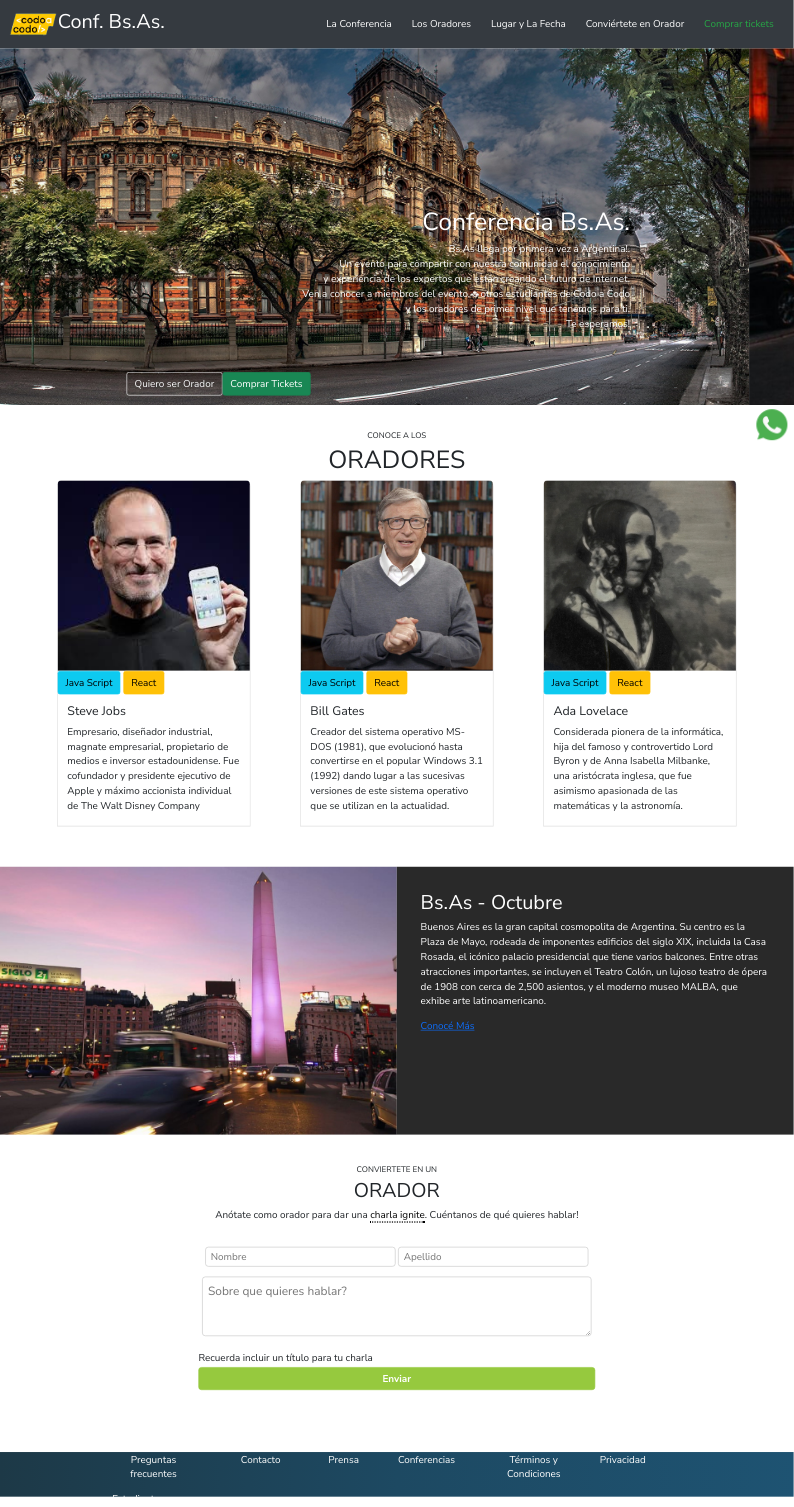
Repository: Melire/trabajo-final-BS
Page: index.html
An editor plug-in stored every save of this project. The page is shown before and after the next save, followed by the edit.
The browser window is 1280 px wide. The pictures show the whole page, at 62% of full size.

Above is the page before, as saved 2023-05-10 16:40:26.

### index.html
<!DOCTYPE html>
<html lang="es">

<head>
    <meta charset="UTF-8">
    <meta http-equiv="X-UA-Compatible" content="IE=edge">
    <meta name="viewport" content="width=device-width, initial-scale=1.0">
    <title>Proyecto Melisa Renovales Wolcan</title>
    <link rel="shortcut icon" href="favicon.ico" type="image/x-icon">
    <link href="https://cdn.jsdelivr.net/npm/bootstrap@5.0.2/dist/css/bootstrap.min.css" rel="stylesheet"
        integrity="sha384-EVSTQN3/azprG1Anm3QDgpJLIm9Nao0Yz1ztcQTwFspd3yD65VohhpuuCOmLASjC" crossorigin="anonymous">
    <link rel="stylesheet" href="./css/estilos3.css">

</head>

<body>
    <header class="header">
        <div class="headerNav">
            <div class="contenedorLogo">
                <a href="https://www.buenosaires.gob.ar/educacion/codo-codo" target="_blank">
                    <img src="./assets/img/codoacodo.png" alt="Logo">
                </a>
                <h2>Conf. Bs.As.</h2>
            </div>
            <!--barra de navegacion BS-->
            <nav>
                <ul class="nav">
                    <li class="nav-item">
                        <a class="nav-link active" aria-current="page" href="#laConferencia">La Conferencia</a>
                    </li>
                    <li class="nav-item">
                        <a class="nav-link" href="#losOradores">Los Oradores</a>
                    </li>
                    <li class="nav-item">
                        <a class="nav-link" href="#lugarYfecha">Lugar y La Fecha</a>
                    </li>
                    <li class="nav-item">
                        <a class="nav-link" href="#convierteteEnOrador">Conviértete en Orador</a>
                    </li>
                    <a class="nav-link color" href="./pages/comprar_tickets.html">Comprar tickets</a>
                    </li>
                </ul>
            </nav>

        </div>
        <!--comportamientos carrousel BS-->
        <section id="laConferencia" class="contenedorCarousel">
            <div id="carouselExampleCaptions" class="carousel slide" data-bs-ride="carousel">
                <div class="carousel-indicators">
                    <div class="carouselNone">
                        <button type="button" data-bs-target="#carouselExampleCaptions" data-bs-slide-to="0"
                            class="active" aria-current="true" aria-label="Slide 1"></button>
                        <button type="button" data-bs-target="#carouselExampleCaptions" data-bs-slide-to="1"
                            aria-label="Slide 2"></button>
                        <button type="button" data-bs-target="#carouselExampleCaptions" data-bs-slide-to="2"
                            aria-label="Slide 3"></button>
                    </div>

                    <!--botones carrousel-->
                    <nav class="container">
                        <div class="botonesCabecera">
                            <a href="#convierteteEnOrador" button type="button" class="btn btn-outline-light">Quiero ser
                                Orador</a>
                            <a href="./pages/comprar_tickets.html" button type="button" class="btn btn-success">Comprar
                                Tickets</a>
                        </div>
                    </nav>
                </div>
                <!--textos y fotos carrousel BS-->
                <div class="carousel-inner">
                    <div class="carousel-item active">
                        <img src="./assets/img/ba1.jpg" class="d-block w-100" alt="Palacio del agua">
                        <div class="carousel-caption d-none d-md-block">
                            <h5 class="texto"> Conferencia Bs.As.</h5>
                            <p> Bs As llega por primera vez a Argentina!.<br /> Un evento para compartir con nuestra
                                comunidad el conocimiento<br /> y experiencia de los expertos que están creando el
                                futuro de Internet.<br />
                                Ven a conocer a miembros del evento, a otros estudiantes de Codo a Codo<br /> y los
                                oradores de primer nivel que tenemos para ti.<br />Te esperamos!</p>
                        </div>
                    </div>
                    <div class="carousel-item">
                        <img src="./assets/img/ba2.jpg" class="d-block w-100" alt="obelisco">
                        <div class="carousel-caption d-none d-md-block">
                            <h5 class="texto">Paseos en bus</h5>
                            <p>Tenemos la mejor selección de tours en español en Argentina<br />
                                ¡y al mejor precio! Descubre todo lo que puedes hacer en la Ciudad de Buenos
                                Aires!<br />
                                Veni a conocer un mágico Buenos Aires<br /> Te invitamos a conocer las costumbres y
                                gastronomía de la vida porteña de antaño</p>
                        </div>
                    </div>
                    <div class="carousel-item">
                        <img src="./assets/img/ba3.jpg" class="d-block w-100" alt="Diagonal sur">
                        <div class="carousel-caption d-none d-md-block">
                            <h5 class="texto">Visitas guiadas en edificios históricos</h5>
                            <p>En nuestras caminatas guiadas,<br /> recorremos los edificios mas hermosos de la
                                ciudad,<br /> llenos de histrorias y misterios.<br /> No te lo pierdas!</p>
                        </div>
                    </div>
                </div>
                <button class="carousel-control-prev" type="button" data-bs-target="#carouselExampleCaptions"
                    data-bs-slide="prev">
                    <span class="carousel-control-prev-icon" aria-hidden="true"></span>
                    <span class="visually-hidden">Previous</span>
                </button>
                <button class="carousel-control-next" type="button" data-bs-target="#carouselExampleCaptions"
                    data-bs-slide="next">
                    <span class="carousel-control-next-icon" aria-hidden="true"></span>
                    <span class="visually-hidden">Next</span>
                </button>
            </div>
        </section>
    </header>
    <!--Oradores BS-->
    <main>
        <section id="losOradores" class="sectionOradores">
            <h2 class="tituloRadores"><span class=tituloCh>CONOCE A LOS</span> <br> ORADORES</h2>
            <div class="padreCards">
                <div class="row row-cols-1 row-cols-md-3 g-4">
                    <div class="col">
                        <div class="card h-100">
                            <img src="./assets/img/steve.jpg" class="card-img-top" alt="Steve Jobs">
                            <div class="buttonsCard">
                                <button type="button" class="btn btn-info">Java Script</button>
                                <button type="button" class="btn btn-warning">React</button>
                            </div>

                            <div class="card-body">
                                <h5 class="card-title">Steve Jobs</h5>
                                <p class="card-text">Empresario, diseñador industrial, magnate empresarial, propietario
                                    de medios e inversor
                                    estadounidense. Fue cofundador y presidente ejecutivo de Apple​ y máximo accionista
                                    individual de The Walt Disney Company</p>
                            </div>
                        </div>
                    </div>
                    <div class="col">
                        <div class="card h-100">
                            <img src="./assets/img/bill.jpg" class="card-img-top" alt="Bill Gates">
                            <div class="buttonsCard">
                                <button type="button" class="btn btn-info">Java Script</button>
                                <button type="button" class="btn btn-warning">React</button>
                            </div>
                            <div class="card-body">
                                <h5 class="card-title">Bill Gates</h5>
                                <p class="card-text">Creador del sistema operativo MS-DOS (1981), que evolucionó hasta
                                    convertirse en el popular
                                    Windows 3.1 (1992) dando lugar a las sucesivas versiones de este sistema operativo
                                    que se
                                    utilizan en la actualidad.</p>
                            </div>
                        </div>
                    </div>
                    <div class="col">
                        <div class="card h-100">
                            <img src="./assets/img/ada.jpeg" class="card-img-top" alt="Ada Lovelace">
                            <div class="buttonsCard">
                                <button type="button" class="btn btn-info">Java Script</button>
                                <button type="button" class="btn btn-warning">React</button>
                            </div>
                            <div class="card-body">
                                <h5 class="card-title">Ada Lovelace</h5>
                                <p class="card-text">Considerada pionera de la informática, hija del famoso y
                                    controvertido Lord Byron y de Anna
                                    Isabella Milbanke, una aristócrata inglesa, que fue asimismo apasionada de las
                                    matemáticas y
                                    la astronomía.</p>
                            </div>
                        </div>
                    </div>
                </div>
            </div>
        </section>
        <section id="lugarYfecha" class="container-fluid">
            <div class="row">
                <div class="col-sm-12 col-md-6 colIzq">

                </div>
                <div class="col-sm-12 col-md-6 colDer">
                    <h2>Bs.As - Octubre</h2>
                    <p>Buenos Aires es la gran capital cosmopolita de Argentina. Su centro es la Plaza de Mayo, rodeada
                        de imponentes edificios del siglo XIX, incluida la Casa Rosada, el icónico palacio presidencial
                        que tiene varios balcones. Entre otras atracciones importantes, se incluyen el Teatro Colón, un
                        lujoso teatro de ópera de 1908 con cerca de 2,500 asientos, y el moderno museo MALBA, que exhibe
                        arte latinoamericano.</p>
                    <a class="boton1" href="">Conocé Más</a>
                </div>
        </section>
        <section id="convierteteEnOrador" class="formularioOrador">
            <h2><span class="tituloCh"> CONVIERTETE EN UN </span> <br> ORADOR</h2>
            <p>Anótate como orador para dar una <a href="" class="charla">charla ignite</a>.
                Cuéntanos de qué quieres hablar!</p>
            <br>
            <form action="" autocomplete="on">
                <div>
                    <input class="inputNA" type="text" placeholder="Nombre" required>
                    <input class="inputNA" type="text" placeholder="Apellido" required>
                </div>
                <div>
                    <textarea class="textArea" name="" id="" cols="44" rows="6" placeholder="Sobre que quieres hablar?"
                        required></textarea>
                </div>
                <p class="finalForm">Recuerda incluir un título para tu charla</p>
                <div>
                    <input type="submit" value="Enviar" class="formSubmit">
                </div>
            </form>
        </section>
    </main>
    <!--footer BS-->
    <footer class="footer container-fluid mt-5">
        <div class="contenedorFooter row text-center gap-3 w-75 h-100 mx-auto">
            <a class="col-sm-12 col-md-2" href="#Preguntas frecuentes">Preguntas frecuentes</a>
            <a class="col-sm-12 col-md-2" href="#contacto">Contacto</a>
            <a class="col-sm-12 col-md-1" href="#prensa">Prensa</a>
            <a class="col-sm-12 col-md-2" href="#conferencias">Conferencias</a>
            <a class="col-sm-12 col-md-2" href="#condiciones">Términos y Condiciones</a>
            <a class="col-sm-12 col-md-1" href="#privacidad">Privacidad</a>
            <a class="col-sm-12 col-md-1" href="#estudiantes">Estudiantes</a>
        </div>
        <a href=""><img class="wsp" src="./assets/img/whatsapp.png" alt="what"></a>
    </footer>
    <script src="https://cdn.jsdelivr.net/npm/bootstrap@5.0.2/dist/js/bootstrap.bundle.min.js"
        integrity="sha384-MrcW6ZMFYlzcLA8Nl+NtUVF0sA7MsXsP1UyJoMp4YLEuNSfAP+JcXn/tWtIaxVXM"
        crossorigin="anonymous"></script>
</body>

</html>

### css/estilos3.css
@import url('https://fonts.googleapis.com/css2?family=Nunito+Sans:wght@400;600;700&display=swap');

* {
    margin: 0;
    padding: 0;
    box-sizing: border-box;
}

body {
    font-family: 'Nunito Sans', sans-serif;
}

.header {
    margin-bottom: 1rem;
}

.headerNav {
    background-color: rgb(53, 58, 64);
    display: flex;
    flex-wrap: wrap;
    justify-content: space-between;
    padding: 1rem 1rem;
    align-items: center;
}
.contenedorLogo {
    width: 20%;
    display: flex;
    align-items: center;
    justify-content: space-between;
}

.contenedorLogo a {
    display: inline-block;
    width: 30%;
}

.contenedorLogo img {
    width: 100%;
    object-fit: cover;
}

.contenedorLogo h2 {
    color: white;
}

.nav-link {
    color: white;
}

.color {
    color: rgb(39, 167, 70);
}

.contenedorCarousel {
    width: 100%;
    height: 80vh;
}

.contenedorCarousel img {
    height: 80vh;
    object-fit: cover;
}

.contenedorCarousel p {
    text-align:right;
    text-shadow: #000000;
    margin-bottom: 5rem;
}

.texto {
    font-size: 2.5rem;
    text-align: right;
}
.botonesCabecera {
    display:flex;
    flex-direction:row;
  margin-left:48;
}

.carouselNone
{
    display: none;
  }
.sectionOradores h2 {
    text-align: center;
}

.tituloCh {
    font-size: small;
}

.tituloRadores {
    font-size: 2.5rem;
}
.padreCards {
    width: 90%;
    margin: 0 auto;
    justify-content: center;
    align-items: center;
    flex-wrap: wrap;
    height: 90vh;

}
.card{

    width: 85%;
    margin: 0 auto;
    height: 90vh;
    column-gap: 4%;
    border-radius: 2% 2% 0px 0px;
}
.card img {

    height: 55%;
    border-radius: 2% 2% 0px 0px;

}

.buttonsCard{
color: white;
}
.colIzq {
    background-image: url("../assets/img/obelisco.jpg");
    background-size: cover;
    background-position: center;
    background-repeat: no-repeat;
    height: 60vh;
}

.colDer {
    background-color: rgb(41, 41, 41);
    color: white;
    height: 60vh;
    padding: 3%;
}

.formularioOrador {
    width: 50%;
    height: 60vh;
    margin: 2rem auto;
    text-align: center;
}

.formularioTicket {
    display: flex;
    width: 80%;
    height: 80vh;
    margin: 2rem auto;
    text-align: center;
    align-items: center;
    flex-direction: column;
}

.radio {
    text-align: left;
    padding: 5rem auto;
    font-size: 1rem;

}

.charla {
    text-decoration: none;
    color: black;
    border-bottom: 2px dotted black;
}

.inputNA {
    width: 48%;

    height: 2rem;
    margin-bottom: 1rem;
    border-radius: 5px;
    border: 1px solid rgb(198, 198, 198);
    padding-left: 0.5rem;
}

.textArea {
    width: 98%;
    height: 6rem;
    margin-bottom: 1rem;
    border-radius: 5px;
    border: 1px solid rgb(198, 198, 198);
    font-size: 1.2rem;
    padding: 0.5rem;
}

.finalForm {
    display: flex;
    text-align: left;
    font-size: smaller5;
    margin-bottom: 0.2rem;
}

.formSubmit {
    width: 100%;
    height: 2.3rem;
    border-radius: 5px;
    border: 1px solid rgb(150, 201, 62);
    background-color: rgb(150, 201, 62);
    color: white;
    font-weight: bold;
    font-size: 1rem;
    cursor: pointer;
    margin-bottom: 1rem;
}

.formSubmitb {
    width: 50%;
    height: 2rem;
    border-radius: 5px;
    border: 1px solid rgb(88, 88, 88);
    background-color: rgb(88, 88, 88);
    color: white;
    font-weight: bold;
    font-size: 1rem;
    cursor: pointer;
    margin-bottom: 1rem;

}

.wsp {
    position: fixed;
    bottom: 10px;
    right: 10px;
    width: 50px;
}

.footer {
    background: linear-gradient(to right, #1d3947, #1d4962, #1e5372);
    height: 10vh;
}

.contenedorFooter {
    width: 70%;
    height: 100%;
    margin: 0 auto;
}

.contenedorFooter a {
    color: white;
    text-decoration: none;
    font-size: 1 rem;
}

/*vamos a cargar ahora el diseño para celular*/
/*0 - 567px  */
/*
@media screen and (max-width: 567px) {
    .headerNav {
        background-color: rgb(56, 56, 56);
        flex-direction: column;
        align-items: center;
        justify-content: center;
        height: initial;
        padding: 1rem;
    }

    .contenedorLogo {
        width: 70%;
    }

    .contenedorLogo img {
        width: 70%;
        object-fit: cover;
    }

    .listaNav {
        flex-direction: column;
        align-items: center;
        justify-content: center;
        width: 100%;
    }

    .laConferencia {
        height: 60%;
        background: url("../assets/img/madero.jpg");
        background-size: cover;
        background-position: center;
        background-repeat: no-repeat;
        padding-right: initial;
        align-items: center;
        justify-content: center;

    }

    .contenedorTextConf {
        background: linear-gradient(to bottom, #000000c2, #000000c2);
        width: 100%;
        text-align: center;
        font-size: small;
    }

    .escritorio {
        display: none;
    }

    .padreCards {
        width: 90%;
        height: initial;
    }

    .card {
        border: 1px solid rgb(207, 202, 202);
        width: 300px;
        height: 90%;
        border-radius: 2%;
        margin-bottom: 1rem;
    }

    .colIzq {
        height: 30vh;
    }

    .colDer {
        height: 50vh;
        font-size: small;
    }

    .formularioOrador {
        height: initial;
    }

    .formularioTicket {
        height: initial;
    }

    .footer {
        height: initial;
        padding: 30px;
    }

    .wsp {
        position: fixed;
        bottom: 20px;
        right: 10px;
        width: 30px;
    }
}
/*

@media screen and (min-width: 568px) and (max-width:767px) {
    .headerNav {
        flex-direction: column;
        align-items: center;
        justify-content: center;
        height: initial;
        padding: 1rem 1rem;

    }

    .contenedorLogo {
        width: 50%;
    }

    .navegacion {
        width: 100%;
    }

    .listaNav {
        width: 100%;
        justify-content: space-evenly;
    }

    .linkNav {
        font-size: 1rem;
    }

    .contenedorTextConf {
        width: 90%;
    }

    .tituloRadores {
        margin-top: 4rem;
    }

    .padreCards {
        width: 90%;
        height: initial;
    }

    .card {
        border: 1px solid rgb(207, 202, 202);
        width: 300px;
        height: 90%;
        border-radius: 2%;
        margin-bottom: 1rem;
    }

    .lugarFecha {
        display: flex;
        align-items: center;
        height: 70vh;
        color: rgb(253, 253, 253);
        font-size: small;
        background: linear-gradient(to bottom, #00000026, #000000c2, #00000026), url("../assets/img/obelisco.jpg");
        background-size: cover;
        background-position: center;
        background-repeat: no-repeat;
    }

    .left {
        display: none;
    }

    .right {
        width: 100%;
        border-left: 1px solid white;
        padding: 2%;
    }

    .right h2 {
        margin-bottom: 1rem;
    }

    .right p {
        margin-bottom: 1rem;
        line-height: 1.7;
    }

    .formularioOrador {
        height: initial;
    }

    .formularioTicket {
        height: initial;
    }

    .wsp {
        position: fixed;
        bottom: 20px;
        right: 10px;
        width: 30px;
    }

    .contenedorFooter {
        width: 70%;
        height: 100%;
        margin: 0 auto;
        display: flex;
        justify-content: space-evenly;
        align-items: flex-start;
    }

    .contenedorFooter a {
        color: white;
        text-decoration: none;
        font-size: small;
        padding: 0.3rem;
        align-items: flex-start;
    }
}






@media screen and (min-width: 768px) and (max-width:991px) {

    .headerNav {
        flex-direction: column;
        align-items: center;
        justify-content: center;
        height: initial;
        padding: 1rem 1rem;

    }

    .contenedorLogo {
        width: 50%;
    }

    .navegacion {
        width: 100%;
    }

    .listaNav {
        width: 100%;
        justify-content: space-evenly;
    }

    .linkNav {
        font-size: 1.2rem;
    }

    .contenedorTextConf {
        width: 90%;
    }

    .tituloRadores {
        margin-top: 5rem;
    }

    .padreCards {
        width: 90%;
        height: initial;

    }

    .card {
        border: 1px solid rgb(207, 202, 202);
        width: 300px;
        height: 90%;
        border-radius: 2%;
        margin-bottom: 1rem;
    }

    .lugarFecha {
        display: flex;
        align-items: stretch;
        height: 60vh;
        background-color: rgb(41, 41, 41);
        color: white;
        font-size: small;

    }

    .formularioOrador {
        height: initial;
    }

    .formularioTicket {
        height: initial;
    }

    .wsp {
        position: fixed;
        bottom: 40px;
        right: 20px;
        width: 30px;
    }

    .contenedorFooter a {
        color: white;
        text-decoration: none;
        padding: 1rem;
        align-items: flex-start;
    }

}

@media screen and (min-width: 992px) and (max-width:1299px) {
    .headerNav {
        padding: 1rem 1rem;
    }

    .contenedorLogo {
        width: 20%;
    }

    .navegacion {
        margin-left: 20px;
        width: 65%;
    }

    .padreCards {
        width: 90%;
        height: initial;
    }

    .card {
        margin-bottom: 1rem;
    }

    .lugarFecha {
        font-size: small;

    }

    .formularioOrador {
        height: initial;
    }

    .formularioTicket {
        height: initial;
    }

    .wsp {
        position: fixed;
        bottom: 40px;
        right: 20px;
        width: 40px;
    }

    .contenedorFooter a {
        color: white;
        text-decoration: none;
        padding: 1rem;
        align-items: flex-start;
    }

}

/*
@media screen and (min-width: 1300px) and (max-width:1399px) {
    .headerNav {
        background-color: rgb(229, 255, 0);
        padding: 1rem 1rem;
    }

    .contenedorLogo {
        width: 20%;
    }

    .navegacion {
        margin-left: 20px;
        width: 65%;
    }

    .padreCards {
        width: 90%;
        height: initial;
    }

    .card {
        margin-bottom: 1rem;
    }

    .lugarFecha {
        font-size: small;

    }

    .formularioOrador {
        height: initial;
    }
    .formularioTicket {
        height: initial;
    }
    .wsp {
        position: fixed;
    bottom:40px;
        right: 20px;
        width: 40px;
    }

    .contenedorFooter {
        width: 70%;
        height: 100%;
        margin: 0 auto;
        display: flex;
        justify-content: space-evenly;

    }

    .contenedorFooter a {
        color: white;
        text-decoration: none;
        padding: 1rem;
        align-items: flex-start;
    }
}

/*otra opcion
/*celulares
@media screen and (max-width: 767px){

}
/*algunas tablets y notebook
@media screen and (min-width: 768px) and (max-width:1399px) {

}

*/

After the next save:
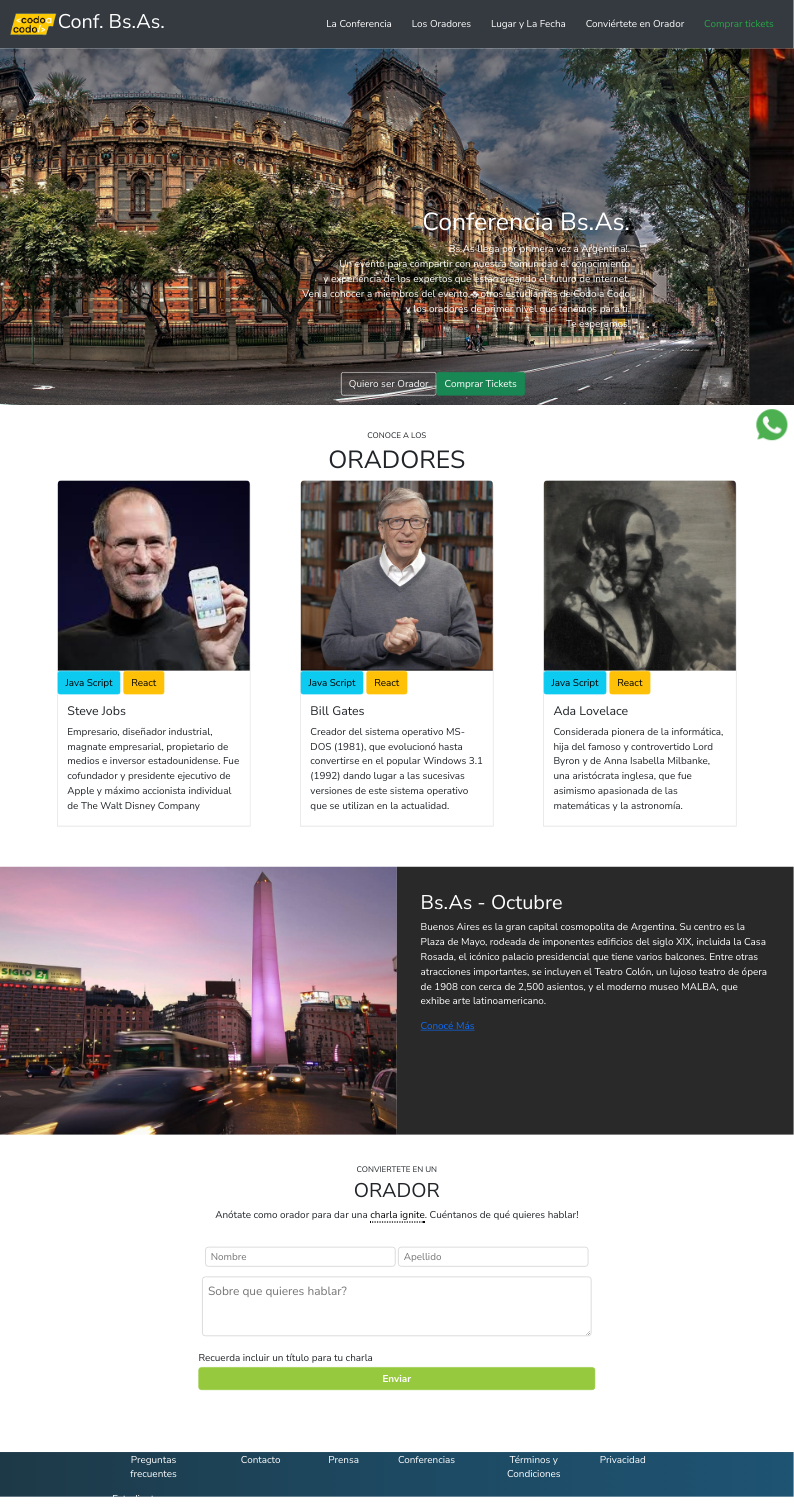
Saved 4 s later.
--- a/css/estilos3.css
+++ b/css/estilos3.css
@@ -74,7 +74,7 @@
 .botonesCabecera {
     display:flex;
     flex-direction:row;
-  margin-left:48;
+  margin-left:48vh;
 }
 
 .carouselNone
